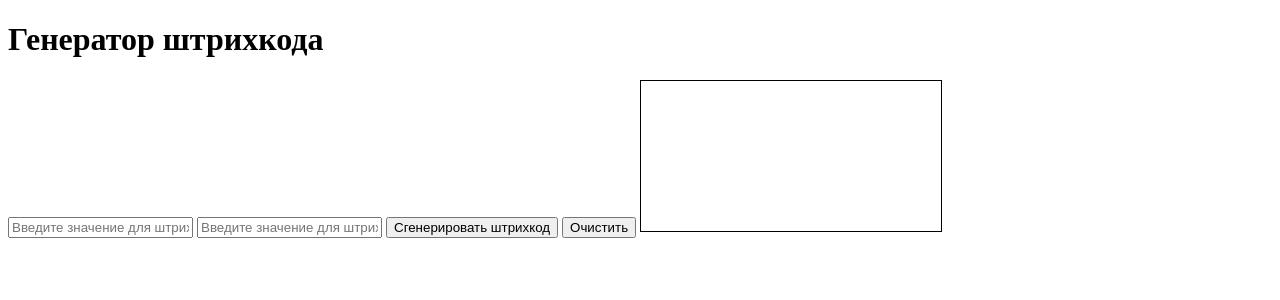
Repository: PavelBokun/barCode
Page: barcode2.html
The author's editor kept a copy of each file at every save. The page is drawn from the files as they stood at one save, then again after a run of saves.
The browser window is 1280 px wide. The pictures show the whole page.

Above is the page before, as saved 2024-09-04 15:38:59.

### barcode2.html
<!DOCTYPE html>
<html lang="en">
<head>
<meta charset="UTF-8">
<meta name="viewport" content="width=device-width, initial-scale=1.0">
<title>Генератор штрихкода</title>
<!-- Подключаем библиотеку JsBarcode -->
<script src="https://cdn.jsdelivr.net/npm/jsbarcode@3.11.0/dist/JsBarcode.all.min.js"></script>
</head>
<body>
<h1>Генератор штрихкода</h1>
<input type="text" id="barcodeValue" placeholder="Введите значение для штрихкода">
<input type="text" id="barcodeValue1" placeholder="Введите значение для штрихкода">

<button onclick="generateBarcode()">Сгенерировать штрихкод</button>
<button onclick="clearBarcode()">Очистить</button>

<canvas id="barcode" style="border: 1px solid black;"></canvas>

<script>
function generateBarcode() {
    var barcodeValue = document.getElementById('barcodeValue').value;

    // Проверяем, что значение введено
    if (barcodeValue) {
        // Генерируем штрихкод
        JsBarcode("#barcode", barcodeValue, {
            format: "ean13",
            displayValue: true,
            fontSize: 14,
            width: 2,
            height: 50
        });
    } else {
        alert("Пожалуйста, введите значение для штрихкода.");
    }
}
function clearBarcode(){
    var barcodeValue1=document.getElementById('barcodeValue').value
    var barcode2=barcodeValue1
    JsBarcode("#barcode", barcodeValue1, {
            format: "ean13",
            displayValue: true,
            fontSize: 14,
            width: 2,
            height: 50
        })
}
</script>
</body>
</html>

After the next 2 saves:
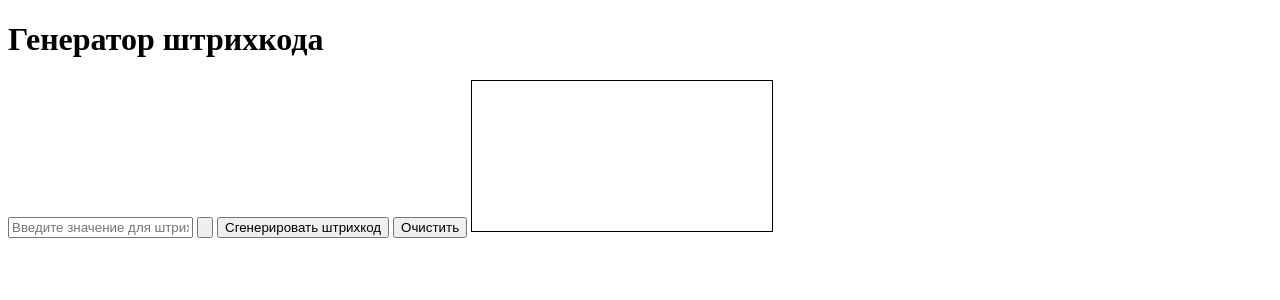
The 2 saves are shown as one change because they came seconds apart.
The last was saved 17 s later.
--- a/barcode2.html
+++ b/barcode2.html
@@ -10,7 +10,7 @@
 <body>
 <h1>Генератор штрихкода</h1>
 <input type="text" id="barcodeValue" placeholder="Введите значение для штрихкода">
-<input type="text" id="barcodeValue1" placeholder="Введите значение для штрихкода">
+<input type="button" id="barcodeValue1" placeholder="Введите значение для штрихкода">
 
 <button onclick="generateBarcode()">Сгенерировать штрихкод</button>
 <button onclick="clearBarcode()">Очистить</button>
